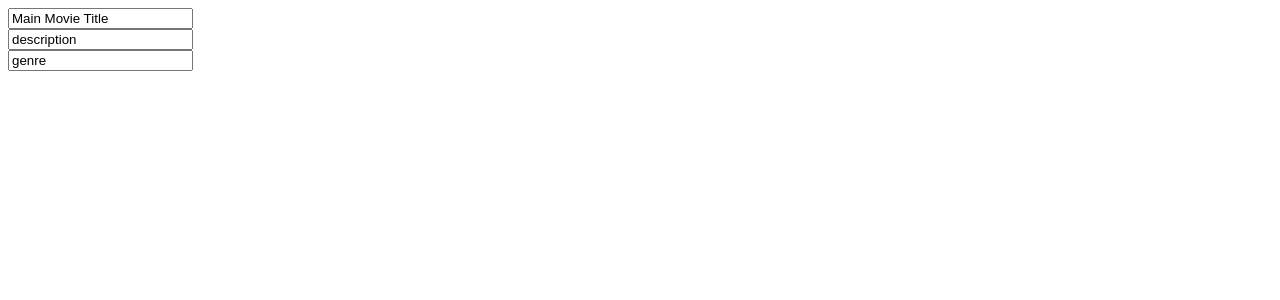
Repository: Somtime/MOVIETRAP
Page: http://localhost/MOVIETRAP/main.jsp
These files come from the project's save history. The page is drawn as it stood at one moment and after the next save; the edit follows.
The browser window is 1280 px wide. The pictures show the whole page.
The page is served by Tomcat 9.

Above is the page before, as saved 2021-05-09 08:21:21.

After the next save:
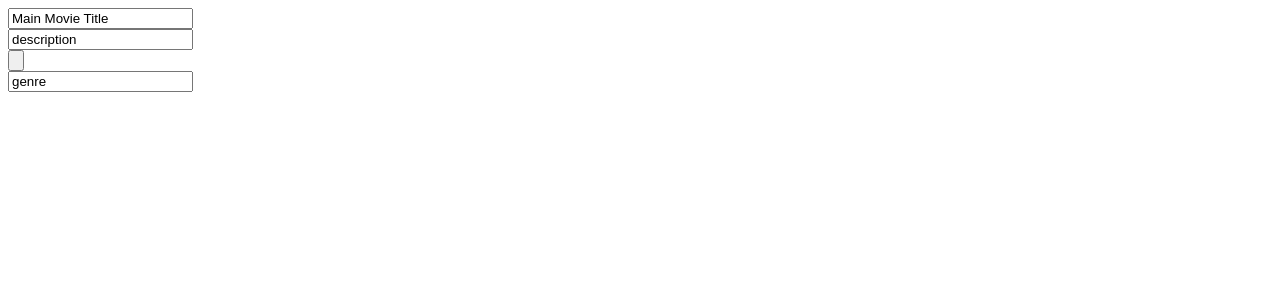
Saved 12 s later.
--- a/MOVIETRAP/WebContent/main.jsp
+++ b/MOVIETRAP/WebContent/main.jsp
@@ -20,9 +20,12 @@
 			</div>
 
 			<div id="main_play_button">
+				<input type="button">
 			</div>
 
-			<div id="main_watch_later"></div>
+			<div id="main_watch_later">
+
+			</div>
 		</div>
 
 		<div id="genre_movie">
